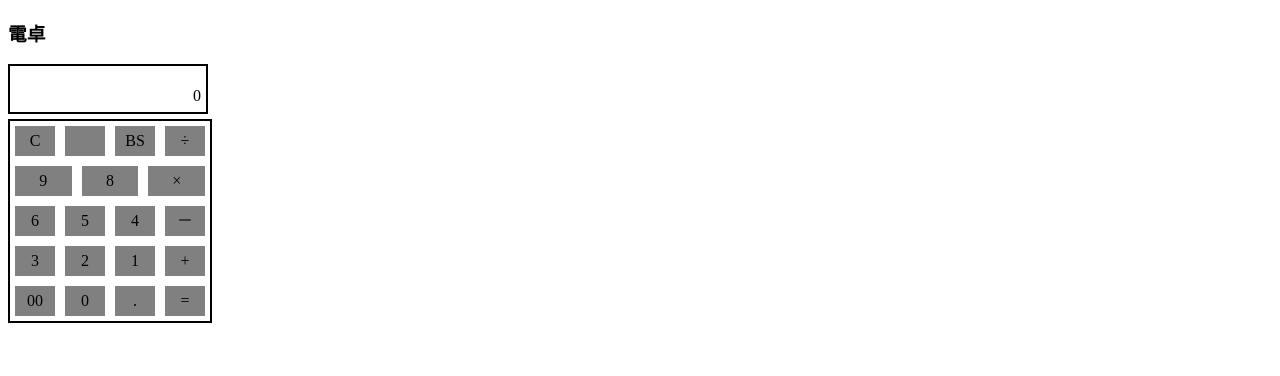
Repository: haya67/jsCalculator
Page: index.html
The author's editor kept a record of every edit. The page is drawn from the files as they stood at one moment, then again after the next edit.
The browser window is 1280 px wide. The pictures show the whole page.
Some web libraries are served in a nearby version.

Above is the page before.

### index.html
 <!DOCTYPE html>
 <html lang="en">
 <head>
 <meta charset="utf-8">
 <script src="https://code.jquery.com/jquery-3.2.1.js" integrity="sha256-DZAnKJ/6XZ9si04Hgrsxu/8s717jcIzLy3oi35EouyE=" crossorigin="anonymous"></script>
 <link rel="stylesheet" href="main.css">
 <title>電卓</title>
 </head>

 <body>
 <h3>電卓</h3>

 <!-- ここに記述していきましょう！ -->
 <div class = "container">

<!--      計算結果を出力する場所-->
      <div id = "output_total" class="output ">0</div>

<!--      計算過程を出力する -->
      <div id = "output_sub" class="output active">0</div>

<!--      ボタンを配置する場所-->
      <div class = 'input'>
          <section class = 'row'>
            <div id = "clear">C</div>
            <div class = "num_bth"></div>
            <div class = "num_bth" id="bs">BS</div>
            <div class = "num_bth cal" data-index-id= '/'>÷</div>
          </section>
          <section class = 'row'>
            <div class = "num_bth one_nine " data-index-id = 9 >9</div>
            <div class = "num_bth one_nine " data-index-id = 8 >8</div>

            <div class = "num_bth cal" data-index-id = '*'>×</div>
          </section>
          <section class = 'row'>
            <div class = "num_bth one_nine " data-index-id = 6 >6</div>
            <div class = "num_bth one_nine " data-index-id = 5 >5</div>
            <div class = "num_bth one_nine " data-index-id = 4 >4</div>
            <div class = "num_bth cal" data-index-id = '-'>－</div>
          </section>
          <section class = 'row'>
            <div class = "num_bth one_nine " data-index-id = 3 >3</div>
            <div class = "num_bth  one_nine" data-index-id = 2 >2</div>
            <div class = "num_bth  one_nine" data-index-id = 1 >1</div>
            <div class = "num_bth cal" data-index-id = '+'>+</div>
          </section>
          <section class = 'row'>
            <div class = "num_bth" data-index-id = 00 >00</div>
            <div class = "num_bth" id="zero" data-index-id = 0 >0</div>
            <div class = "num_bth" id="point" data-index-id = . >.</div>
            <div id = 'equal_btn'>=</div>
          </section>
      </div>
    </div>

 <script src="main.js"></script>
 </body>
 </html>

### main.css
.container {
  width: 200px;
}

.output {
  width: 200px;
  height: 50px;
  line-height: 50px;
  text-align: right;
  padding: 5px;
  margin-bottom: 5px;
  border:2px solid black;
  box-sizing: border-box;
  display:none;
}

.output.active {
  display:block;
}

.input {
  width:200px;
  border: 2px solid black;
}

.row {
  display: flex;
  justify-content: space-between;
  width: 200px;
}

.num_bth, #clear, #equal_btn{
  width: 60px;
  height: 30px;
  text-align: center;
  line-height: 30px;
  background: gray;
  cursor: pointer;
  margin: 5px;
}

### main.js
$(document).ready(function(){

    const num_bth = document.querySelectorAll('.num_bth');

    // 計算結果を表示する所
    let output_sub = document.getElementById('output_sub');

    // 計算過程を表示するところ
    const output_total = document.getElementById('output_total');

    // 計算式を表す変数
    let total = 0;

    // // 最初の状態を定義
    let state = 'start';

    // 最初の整数入力モード
    let mode = 'integer_mode';


    // 1~9を押した時
    const one_nine = document.querySelectorAll ('.one_nine');
    one_nine.forEach(index => {
        index.addEventListener('click', () => {
            if(state === 'start') {
                total = index.dataset.indexId;
            }else if (state === 'finish') {
                reset();
                total = index.dataset.indexId;
            }else if (state === 'calculation' ) {
                total += index.dataset.indexId;
            }
            output_sub.textContent = total;
            state = 'calculation'
            // changeOutput()
        });
    });


    // 0を押したとき
    const zero = document.getElementById('zero');
    zero.addEventListener('click', () => {
        if(state === 'start' || state === 'finish' || state === 'calBtn'){
            if(output_sub.textContent.slice(-1) === '0') {
                console('前の文字はゼロ');
                return;
            }
        }

        if(state === 'start') {
            total = zero.dataset.indexId;
        }else {
            total += zero.dataset.indexId;
        }
        output_sub.textContent = total;
    });


    // .を押したとき
    const point = document.getElementById('point');
    point.addEventListener('click' , () => {
        console.log(point.dataset.indexId)
        if(mode === 'decimal_mode') {
            return;
        }
        if (state === 'start' || state === 'finish' ) {
            total = 0;
        }else if(state = 'calBtn') {
            if(output_sub.textContent.slice(-1) !=='0'){
                total += 0;
            }
        }
        total += point.dataset.indexId

        output_sub.textContent = total;
        state = 'calculation';
        mode = 'decimal_mode';

    });

    // +÷-×を押したとき
    const cal = document.querySelectorAll('.cal');
    cal.forEach(index => {
        index.addEventListener('click' , () => {
            if (state === 'start') {
                return;
            }else if(state === 'calculation') {
                total += index.dataset.indexId;
            }else if(state === 'finish') {
                total = output_total.textContent;
                total += index.dataset.indexId;
                output_total.textContent = 0;
            }
            console.log(index.dataset.indexId);
            output_sub.textContent = total;
            state = 'calBtn';
            mode = 'integer_mode';
        });
    });




    // =を押した時
    const equal_btn = document.getElementById('equal_btn');
    equal_btn.addEventListener('click', () => {
        console.log(eval(total));
        output_total.textContent = eval(total);
        state = 'finish';
        mode = 'integer_mode';
    });


    // Cを押した時
    const clear = document.getElementById('clear')
    clear.addEventListener('click' , () =>{
        reset();
    });

    function reset() {
        total = 0;
        output_sub.textContent = 0;
        output_total.textContent = 0;
        mode = 'integer_mode';
    };


    // // 計算過程画面と計算結果画面の切り替え
    function changeOutput() {
        if (state === 'finish') {
            output_total.classList.add('active');
            output_sub.classList.remove('active');
        } else{
            output_sub.classList.add('active');
            output_total.classList.remove('active');
        }
    };





})

After the next edit:
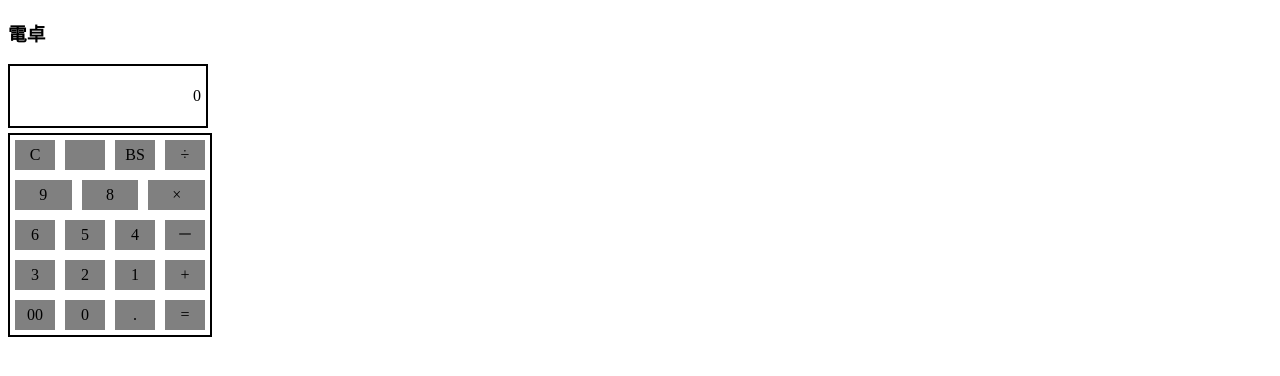
The edit:
--- a/main.css
+++ b/main.css
@@ -4,7 +4,6 @@
 
 .output {
   width: 200px;
-  height: 50px;
   line-height: 50px;
   text-align: right;
   padding: 5px;
